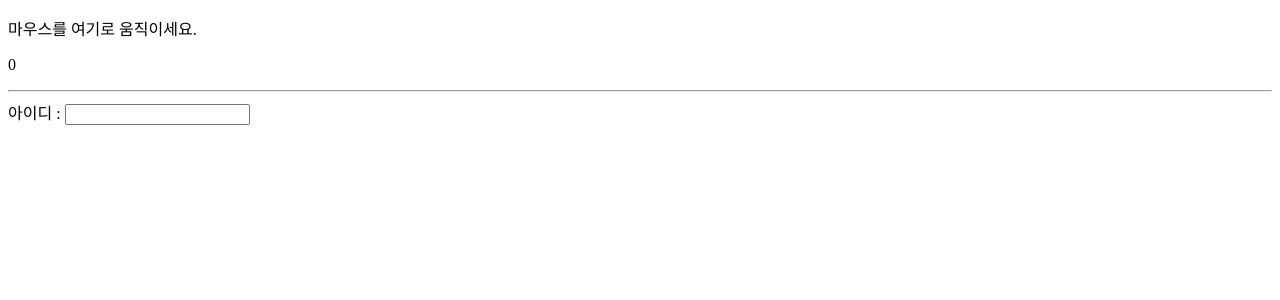
Repository: gpqls12321/public
Page: javascript_jquery/WebContent/jQuery_ex02.html
The author's editor kept a copy of each file at every save. The page is drawn from the files as they stood at one save, then again after the next save.
The browser window is 1280 px wide. The pictures show the whole page.

Above is the page before, as saved 2021-04-15 02:09:46.

### javascript_jquery/WebContent/jQuery_ex02.html
<!DOCTYPE html>
<html>
<head>
<meta charset="UTF-8">
<title>Insert title here</title>
<script type="text/javascript" src="js/jQuery3.x/jquery-3.6.0.js"></script>
<script type="text/javascript">

	$(document).ready(function() {
		var i = 0;

		$("div.out").mouseover(function() {
			$("p:first", this).text("mouse over");
			$("p:last", this).text(++i); // text()안에 메서드, 문자열, 산수 가능
		});

		$("input").focus(function() {
			$(this).css("background-color", "yellow");
		});

		$("input").blur(function() {
			$(this).css("background-color", "#fff");
		});
	});
</script>
</head>
<body>
	<div class="out">
		<p>마우스를 여기로 움직이세요.</p>
		<p>0</p>
	</div>

	<hr>
	아이디 : <input type="text" name="userid"> <br>

</body>
</html>

Loaded but not shown: javascript_jquery/WebContent/js/jQuery3.x/jquery-3.6.0.js (library)

After the next save:
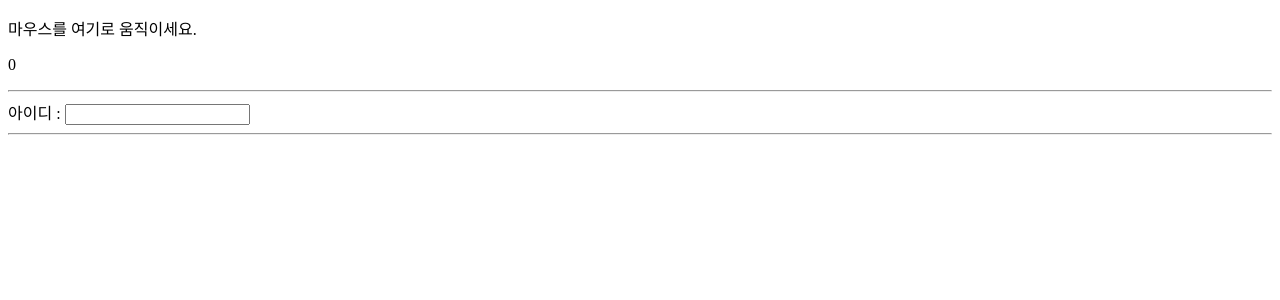
Saved 10 min 34 s later.
--- a/javascript_jquery/WebContent/jQuery_ex02.html
+++ b/javascript_jquery/WebContent/jQuery_ex02.html
@@ -19,7 +19,11 @@
 		});
 
 		$("input").blur(function() {
-			$(this).css("background-color", "#fff");
+			$(this).css("background-color", "#fff"); //아이디 중복체크할 때 사용. 다른 곳으로 이동하면 "사용가능한 아이디입니다." 이런식으로 뜨게
+		});
+
+		$().mouseover(function(e) { // function(e) : 콜백함수
+			$().text("e.pageX: " + e.pageX);
 		});
 	});
 </script>
@@ -31,7 +35,9 @@
 	</div>
 
 	<hr>
-	아이디 : <input type="text" name="userid"> <br>
+	아이디 : <input type="text" name="userid">
+	<hr>
+	<div id="log"></div>
 
 </body>
 </html>
